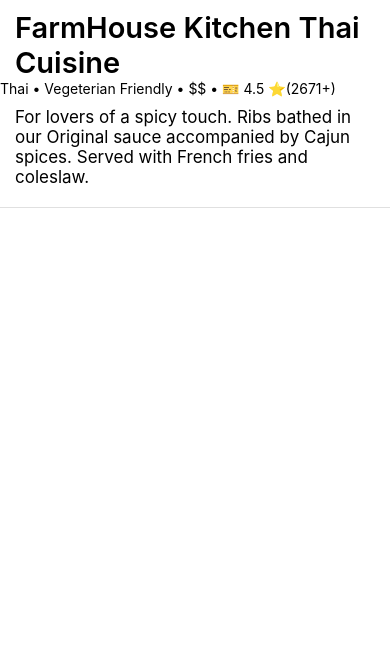
Repository: remydev47/ubereats-frontend
Screen: /RestaurantDetails
The author's editor kept a copy of each file at every save. The screen is drawn from the files as they stood at one save, then again after the next save.
The pictures show rows 180 to 844 of an output 844 px tall.
The app was drawn by React Native's web renderer in a window 390 px wide. The project was rebuilt for these pictures with package versions that can differ from the ones it lists, and the page was loaded fresh each time. Also part of the build but not shown: components/Home/HeaderTabs.js, components/Home/SearchBar.js, components/Home/Categories.js, components/Home/RestaurantItems.js, components/Home/BottomTabs.js, Screens/Home.js.

Above is the screen before, as saved 2022-05-29 23:01:25.

After the next save:
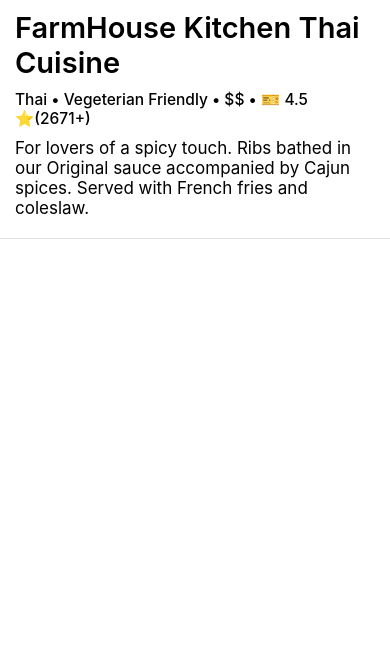
Saved 88 s later.
--- a/components/restaurantDetails/About.js
+++ b/components/restaurantDetails/About.js
@@ -43,7 +43,7 @@
 }
 const Restaurantdetails = (props) => {
   return(
-    <Text style={{}}>
+    <Text style={{fontSize: 15.5, fontWeight: '500', marginTop: 10, marginHorizontal: 15,}}>
       {props.details}
     </Text>
   )
